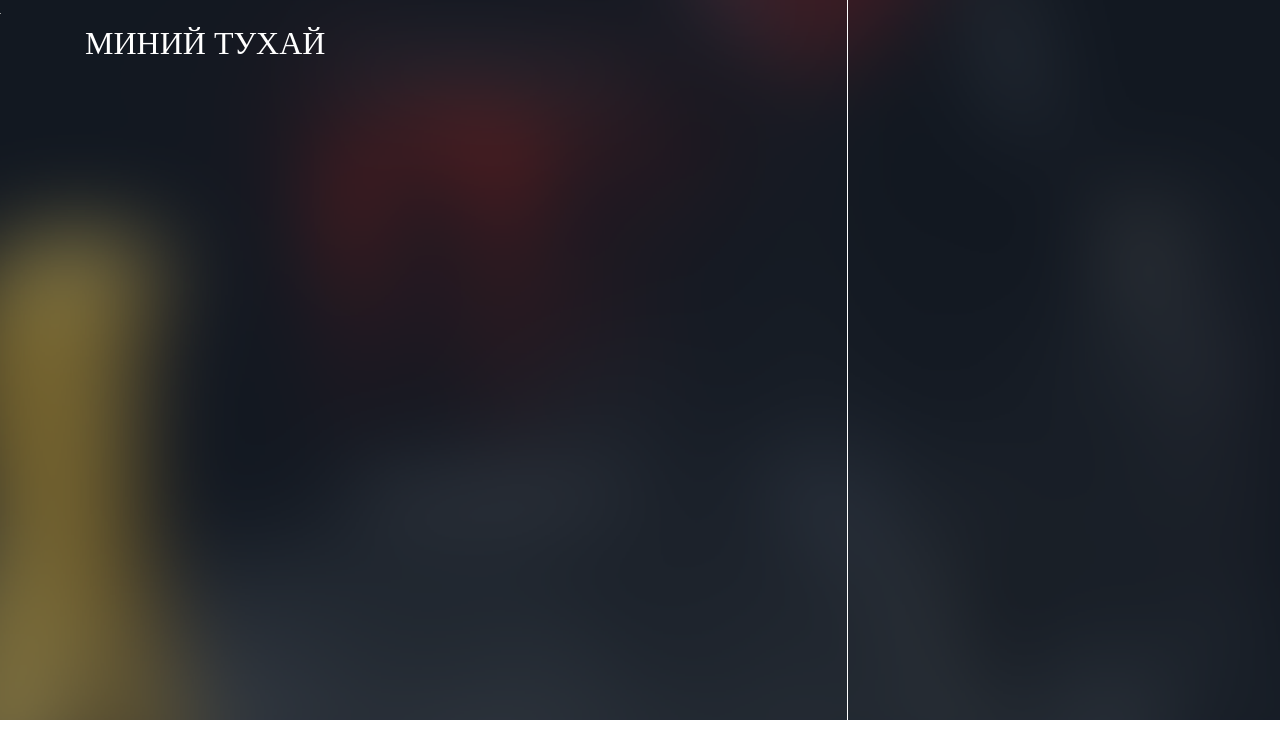
Repository: Yondo202/svProject
Page: /
These files come from the project's save history. The page is drawn as it stood at one moment and after the next save; the edit follows.
The browser window is 1280 px wide. The pictures show the whole page.
The project was rebuilt for these pictures with package versions that can differ from the ones it lists, and the page was loaded fresh each time. The framework's server and built-in components were replaced by stand-ins that run in the browser. Also part of the build but not shown: next.config.js, style/style.scss.

Above is the page before, as saved 2020-11-18 21:28:20.

After the next save:
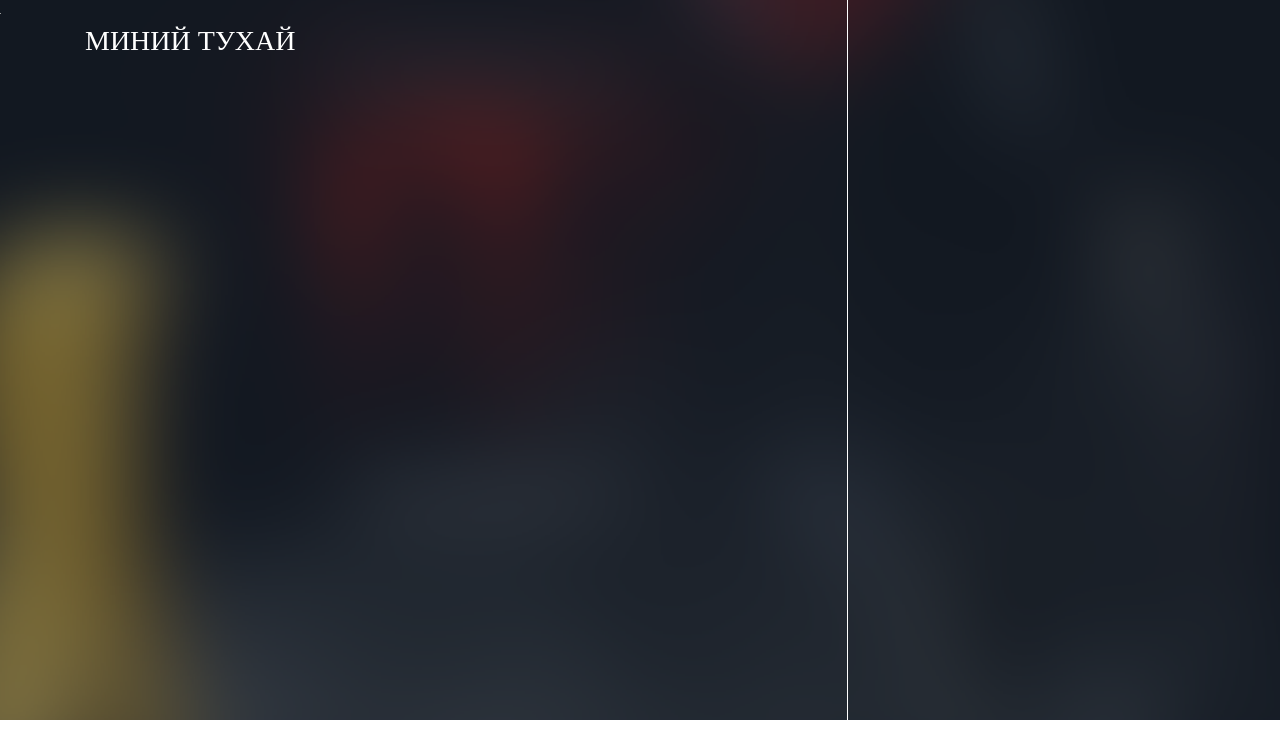
Saved 42 s later.
--- a/components/Forms.js
+++ b/components/Forms.js
@@ -34,7 +34,7 @@ function Forms() {
         <Conainer  className="container">
 
           <div className="Header">
-              <h2>МИНИЙ ТУХАЙ</h2>
+              <h3>МИНИЙ ТУХАЙ</h3>
           </div>
 
         {/* <div>
